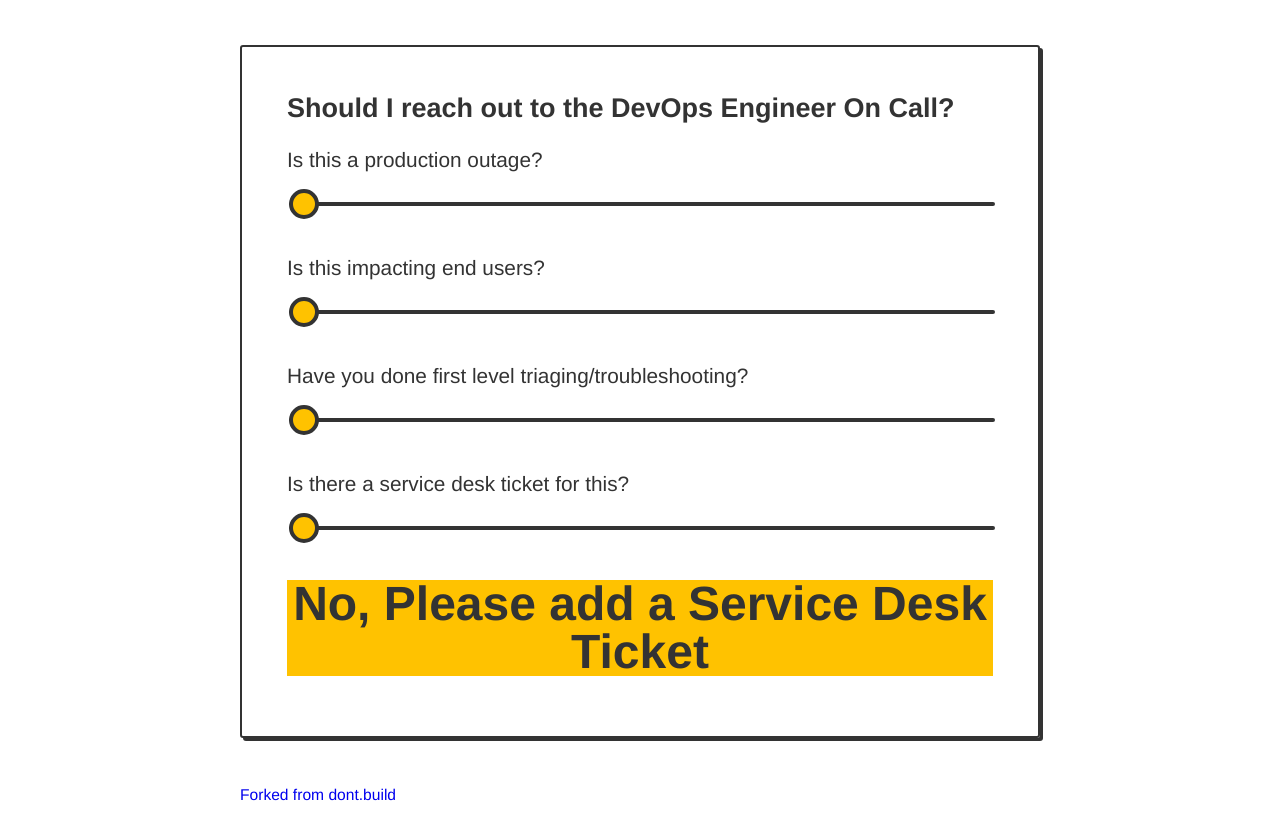
Repository: harishbsrinivas/dont.call
Page: index.html
The author's editor kept a copy of each file at every save. The page is drawn from the files as they stood at one save, then again after the next save.
The browser window is 1280 px wide. The pictures show the whole page.

Above is the page before, as saved 2022-12-04 11:48:45.

After the next save:
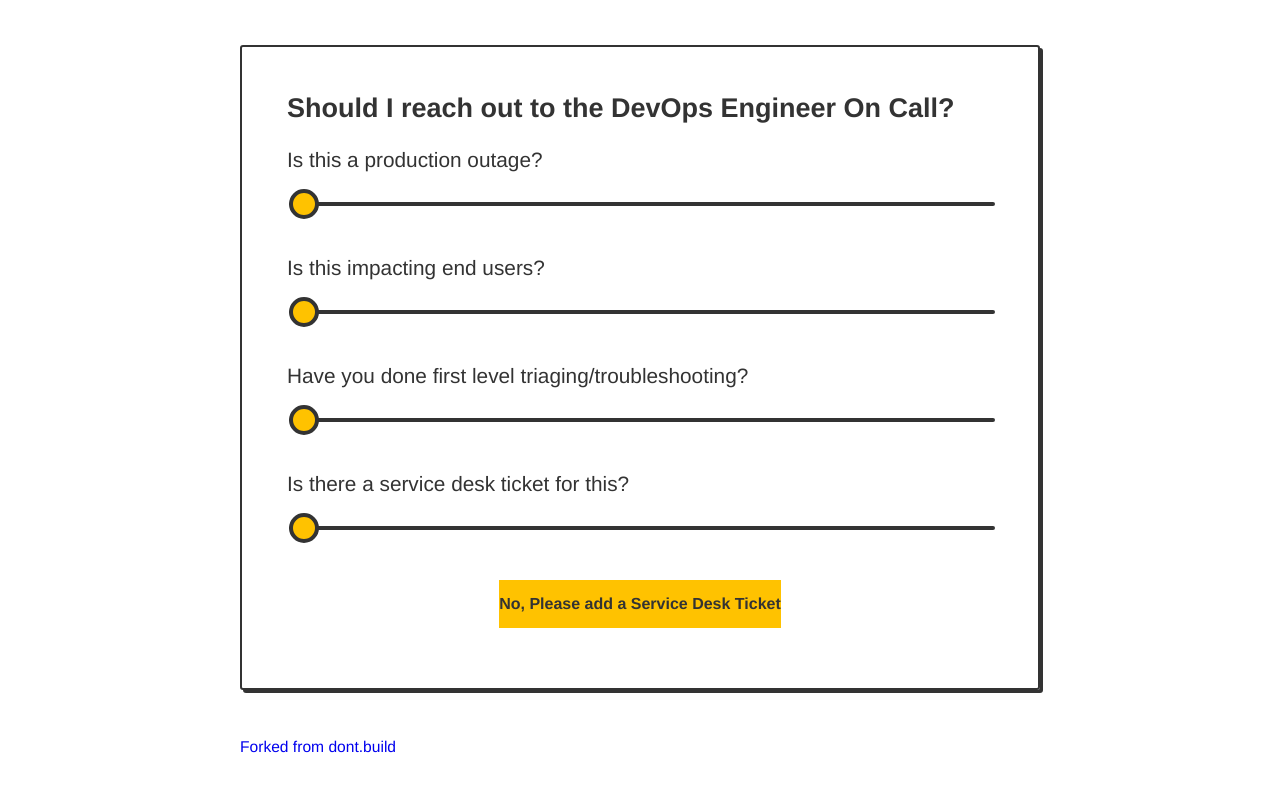
Saved 6 min 40 s later.
--- a/style.css
+++ b/style.css
@@ -125,7 +125,7 @@ button {
 .answer {
   text-align: center;
   margin: 30px 0;
-  font-size: 3rem;
+  font-size: 1rem;
   line-height: 3rem;
 }
   .answer span {
